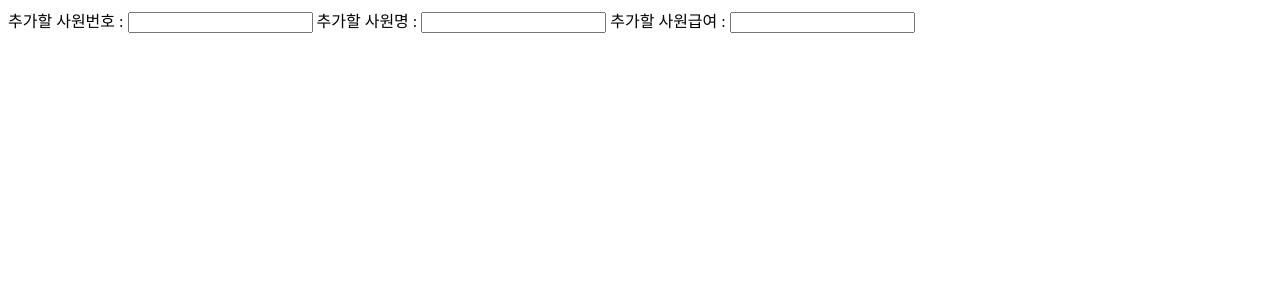
Repository: hsaar/jsworkplace
Page: http://localhost/testjsp/jsp/empAdd.jsp
The author's editor kept a copy of each file at every save. The page is drawn from the files as they stood at one save, then again after the next save.
The browser window is 1280 px wide. The pictures show the whole page.
The page is served by Tomcat 9.

Above is the page before, as saved 2025-08-25 06:05:37.

After the next save:
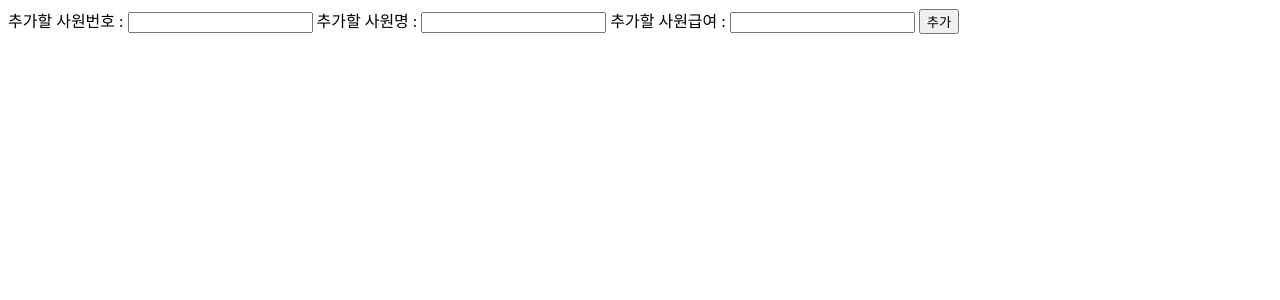
Saved 39 s later.
--- a/testjsp/src/main/webapp/jsp/empAdd.jsp
+++ b/testjsp/src/main/webapp/jsp/empAdd.jsp
@@ -12,6 +12,7 @@
 			추가할 사원번호 : <input type="text" id = "addEmpno">
 			추가할 사원명 : <input type="text" id = "addEname">
 			추가할 사원급여 : <input type="text" id = "addSal">
+			<input type="submit" value = "추가">
 		</form>
 	</div>
 </body>
